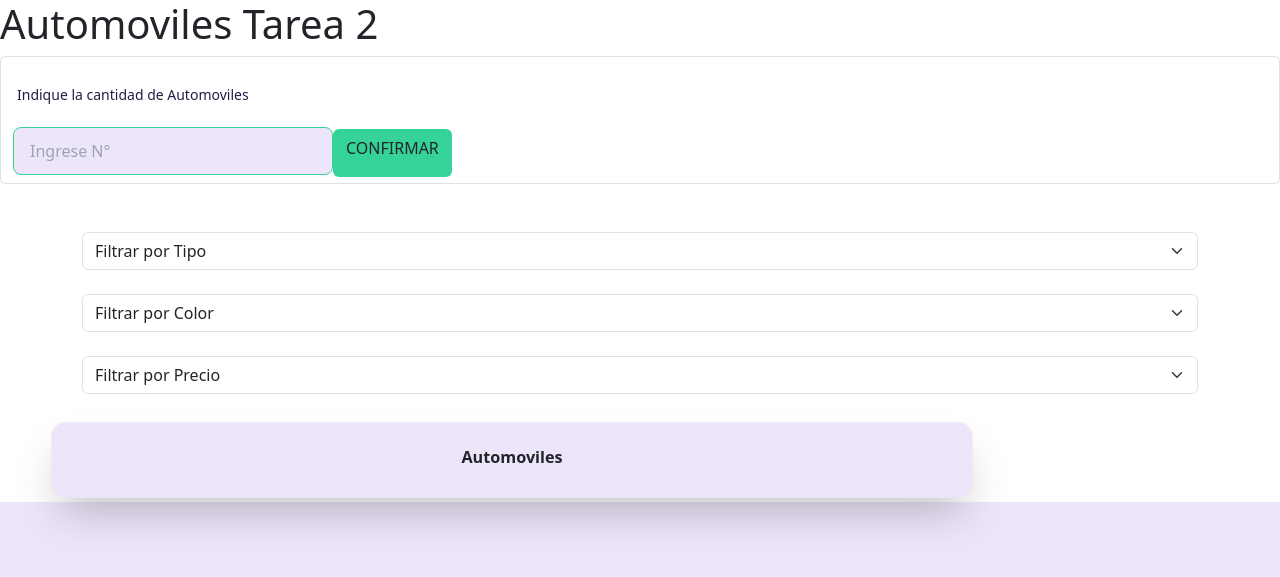
Repository: Claudioxs/Tarea2
Page: /automovil (app in FrontEnd/vue-project/)
These files come from the project's save history. The page is drawn as it stood at one moment and after the next save; the edit follows.
The browser window is 1280 px wide. The pictures show the whole page.
The project was rebuilt for these pictures with package versions that can differ from the ones it lists, and the page was loaded fresh each time. Also part of the build but not shown: FrontEnd/vue-project/vite.config.js, FrontEnd/vue-project/src/components/HelloWorld.vue.

Above is the page before, as saved 2023-05-22 23:45:41.

After the next save:
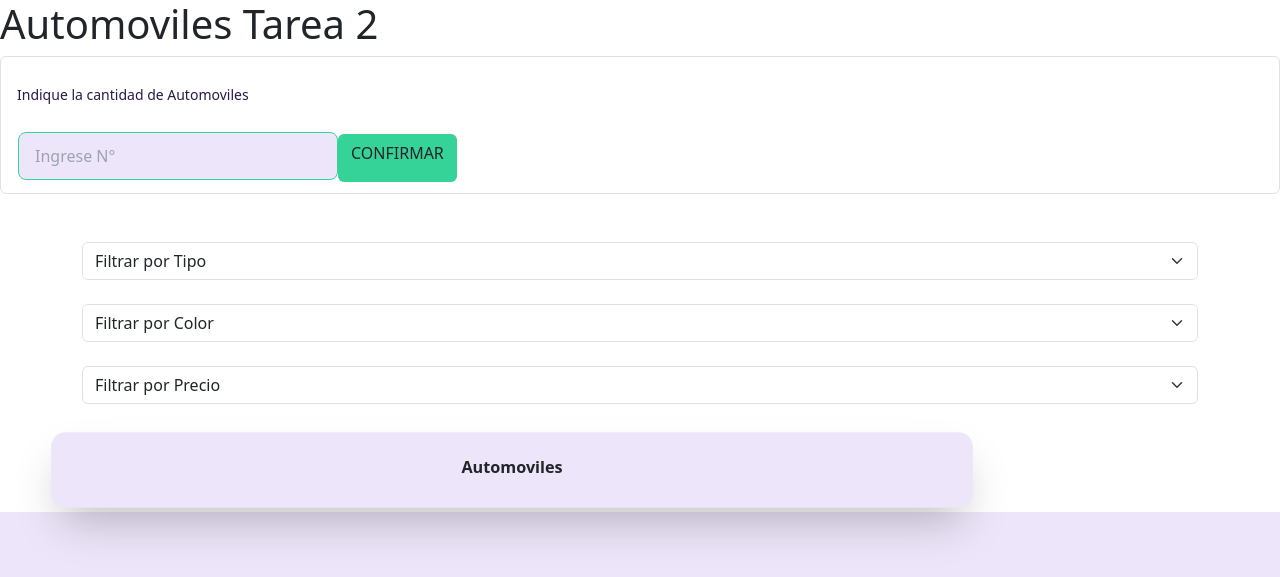
Saved 61 s later.
--- a/FrontEnd/vue-project/src/views/Automovil.vue
+++ b/FrontEnd/vue-project/src/views/Automovil.vue
@@ -62,8 +62,8 @@
    padding-right: 900px;
 
 }
-.modal-action{
-  display: block;
+.modal-start{
+padding: 5px;
 }
 
 
